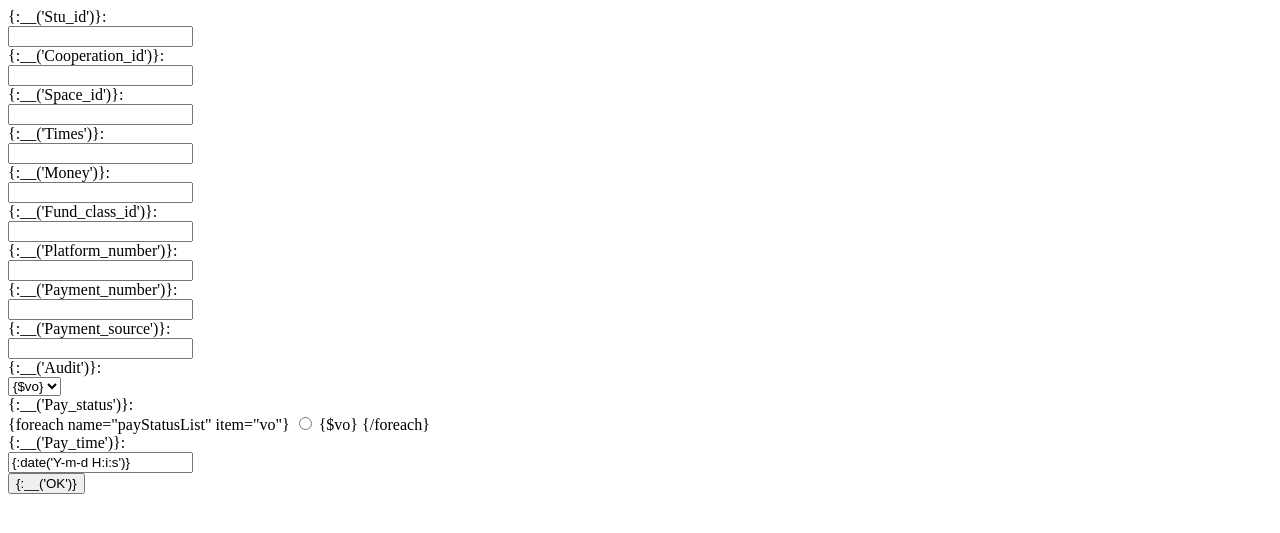
Repository: Akarin-Akari/xiaomaguantest
Page: application/admin/view/bill/installment/add.html
The author's editor kept a copy of each file at every save. The page is drawn from the files as they stood at one save, then again after the next save.
The browser window is 1280 px wide. The pictures show the whole page.

Above is the page before, as saved 2024-01-23 16:36:59.

After the next save:
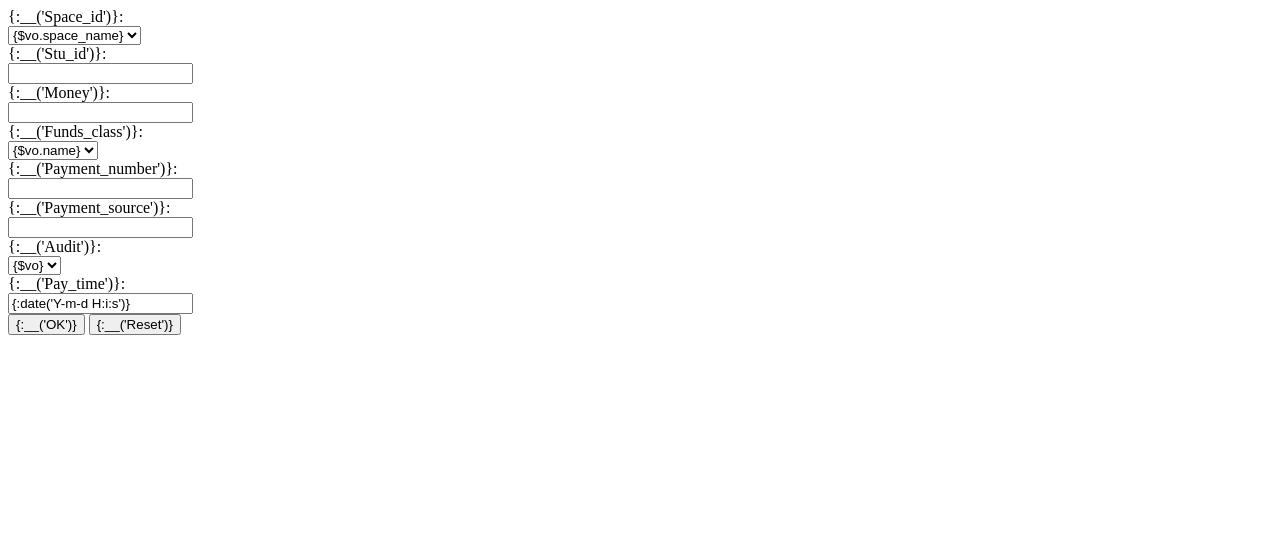
Saved 38 s later.
--- a/application/admin/view/bill/installment/add.html
+++ b/application/admin/view/bill/installment/add.html
@@ -1,29 +1,35 @@
 <form id="add-form" class="form-horizontal" role="form" data-toggle="validator" method="POST" action="">
+    <!-- <div class="form-group">
+        <label class="control-label col-xs-12 col-sm-2">{:__('Cooperation_id')}:</label>
+        <div class="col-xs-12 col-sm-8">
+            <input id="c-cooperation_id" data-rule="required" data-source="cooperation/index" class="form-control selectpage" name="row[cooperation_id]" type="text" value="">
+        </div>
+    </div> -->
+
+    <div class="form-group">
+        <label class="control-label col-xs-12 col-sm-2">{:__('Space_id')}:</label>
+        <div class="col-xs-12 col-sm-8">
+            <select  id="c-space_id" class="form-control selectpicker" name="row[space_id]">
+                {foreach name="spaceList" item="vo"}
+                    <option value="{$vo.id}" {in name="vo.id" value=""}selected{/in}>{$vo.space_name}</option>
+                {/foreach}
+            </select>
+        </div>
+    </div>
 
     <div class="form-group">
         <label class="control-label col-xs-12 col-sm-2">{:__('Stu_id')}:</label>
         <div class="col-xs-12 col-sm-8">
-            <input id="c-stu_id" data-rule="required" data-source="stu/index" class="form-control selectpage" name="row[stu_id]" type="text" value="">
+            <input id="c-stu_id" data-rule="required" data-source="stu/index" class="form-control" name="row[stu_id]" type="text" value="">
         </div>
     </div>
-    <div class="form-group">
-        <label class="control-label col-xs-12 col-sm-2">{:__('Cooperation_id')}:</label>
-        <div class="col-xs-12 col-sm-8">
-            <input id="c-cooperation_id" data-rule="required" data-source="cooperation/index" class="form-control selectpage" name="row[cooperation_id]" type="text" value="">
-        </div>
-    </div>
-    <div class="form-group">
-        <label class="control-label col-xs-12 col-sm-2">{:__('Space_id')}:</label>
-        <div class="col-xs-12 col-sm-8">
-            <input id="c-space_id" data-rule="required" data-source="space/index" class="form-control selectpage" name="row[space_id]" type="text" value="">
-        </div>
-    </div>
-    <div class="form-group">
+
+    <!-- <div class="form-group">
         <label class="control-label col-xs-12 col-sm-2">{:__('Times')}:</label>
         <div class="col-xs-12 col-sm-8">
             <input id="c-times" class="form-control" name="row[times]" type="number">
         </div>
-    </div>
+    </div> -->
     <div class="form-group">
         <label class="control-label col-xs-12 col-sm-2">{:__('Money')}:</label>
         <div class="col-xs-12 col-sm-8">
@@ -31,17 +37,21 @@
         </div>
     </div>
     <div class="form-group">
-        <label class="control-label col-xs-12 col-sm-2">{:__('Fund_class_id')}:</label>
+        <label class="control-label col-xs-12 col-sm-2">{:__('Funds_class')}:</label>
         <div class="col-xs-12 col-sm-8">
-            <input id="c-fund_class_id" data-rule="required" data-source="fund/class/index" class="form-control selectpage" name="row[fund_class_id]" type="text" value="">
+            <select  id="c-fund_class_id" class="form-control selectpicker" name="row[fund_class_id]">
+                {foreach name="FundsClassIdList" item="vo"}
+                    <option value="{$vo.id}" {in name="vo.id" value=""}selected{/in}>{$vo.name}</option>
+                {/foreach}
+            </select>
         </div>
     </div>
-    <div class="form-group">
+    <!-- <div class="form-group">
         <label class="control-label col-xs-12 col-sm-2">{:__('Platform_number')}:</label>
         <div class="col-xs-12 col-sm-8">
             <input id="c-platform_number" class="form-control" name="row[platform_number]" type="text">
         </div>
-    </div>
+    </div> -->
     <div class="form-group">
         <label class="control-label col-xs-12 col-sm-2">{:__('Payment_number')}:</label>
         <div class="col-xs-12 col-sm-8">
@@ -66,18 +76,18 @@
 
         </div>
     </div>
-    <div class="form-group">
+    <!-- <div class="form-group">
         <label class="control-label col-xs-12 col-sm-2">{:__('Pay_status')}:</label>
         <div class="col-xs-12 col-sm-8">
 
             <div class="radio">
             {foreach name="payStatusList" item="vo"}
-            <label for="row[pay_status]-{$key}"><input id="row[pay_status]-{$key}" name="row[pay_status]" type="radio" value="{$key}" {in name="key" value="no"}checked{/in} /> {$vo}</label>
+            <label for="row[pay_status]-{$key}"><input id="row[pay_status]-{$key}" name="row[pay_status]" type="radio" value="{$key}" {in name="key" value="yes"}checked{/in} /> {$vo}</label>
             {/foreach}
             </div>
 
         </div>
-    </div>
+    </div> -->
     <div class="form-group">
         <label class="control-label col-xs-12 col-sm-2">{:__('Pay_time')}:</label>
         <div class="col-xs-12 col-sm-8">
@@ -87,7 +97,8 @@
     <div class="form-group layer-footer">
         <label class="control-label col-xs-12 col-sm-2"></label>
         <div class="col-xs-12 col-sm-8">
-            <button type="submit" class="btn btn-primary btn-embossed disabled">{:__('OK')}</button>
+            <button type="submit" class="btn btn-success btn-embossed disabled">{:__('OK')}</button>
+            <button type="reset" class="btn btn-default btn-embossed">{:__('Reset')}</button>
         </div>
     </div>
 </form>
